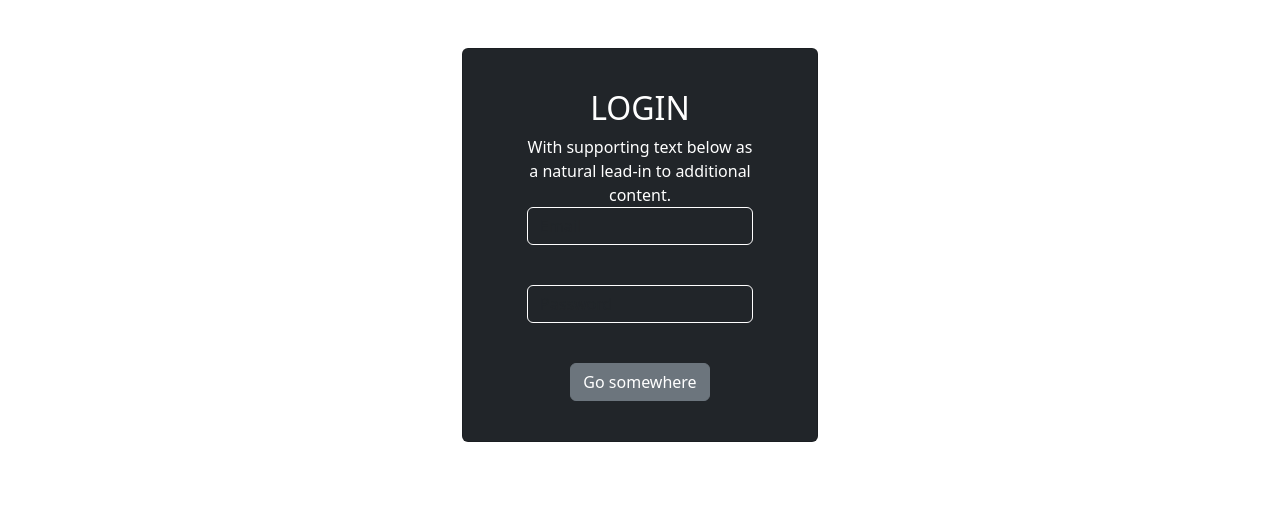
Repository: Rohit1995K/React-redux
Page: /
An editor plug-in stored every save of this project. The page is shown before and after the next save, followed by the edit.
The browser window is 1280 px wide. The pictures show the whole page.
The project was rebuilt for these pictures with package versions that can differ from the ones it lists, and the page was loaded fresh each time. Also part of the build but not shown: src/Components/CartItem.js, src/Containers/CartContainer.js, src/Components/Navbar.js.

Above is the page before, as saved 2022-10-25 12:31:15.

After the next save:
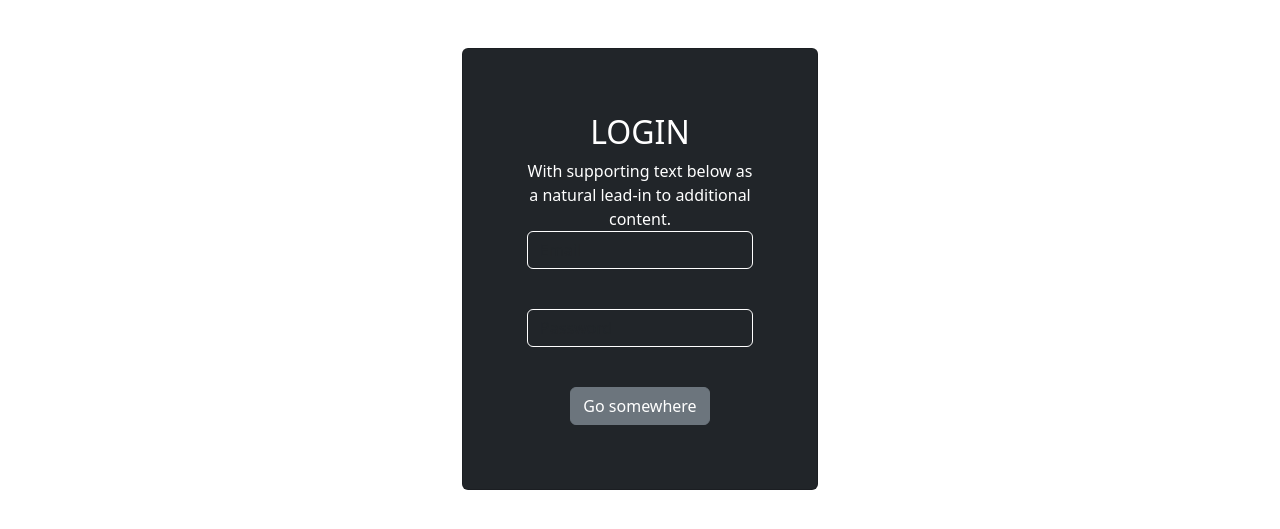
Saved 37 s later.
--- a/src/Components/Login/Login.js
+++ b/src/Components/Login/Login.js
@@ -9,7 +9,7 @@ const Login = () => {
         <div className="container">
         <div className="row">
             <div className="offset-md-4 col-md-4">
-                <Card className="mt-5 px-5 py-4" color="dark" inverse>
+                <Card className="mt-5 p-5" color="dark" inverse>
                     <CardBody>
                         <CardTitle tag="h2">
                             LOGIN
